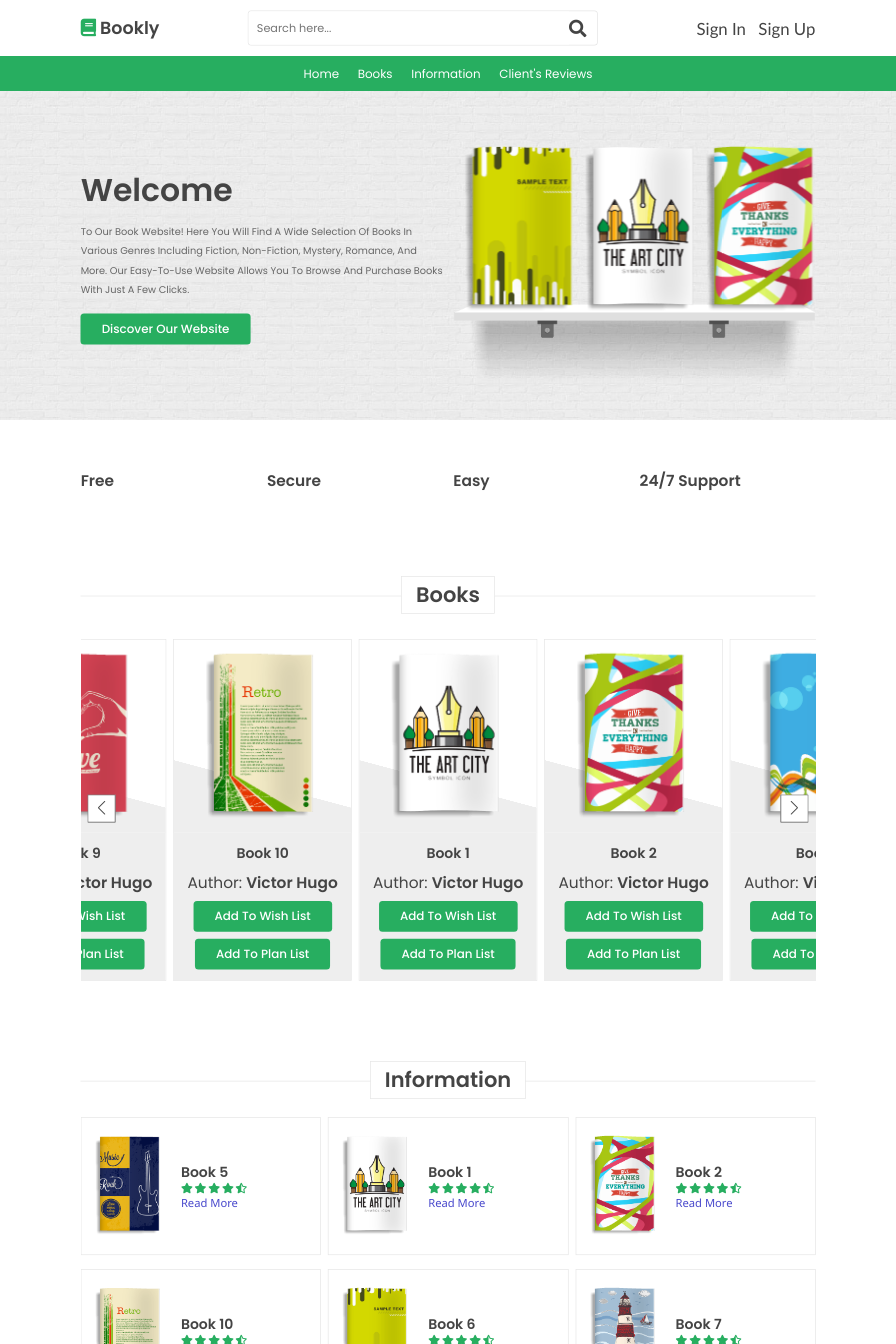
Repository: souhailaniba/Bookly
Page: public/assets/books webstie/index.html
These files come from the project's save history. The page is drawn as it stood at one moment and after the next save; the edit follows.
The browser window is 1280 px wide. The pictures show the part of the page from y = 0 to 1920 px (the page is 3055 px tall), at 70% of full size.

Above is the page before, as saved 2023-01-27 16:29:04.

### public/assets/books webstie/index.html
<!DOCTYPE html>
<html lang="en">
<head>
    <meta charset="UTF-8">
    <meta http-equiv="X-UA-Compatible" content="IE=edge">
    <meta name="viewport" content="width=device-width, initial-scale=1.0">
    <title>Book Website</title>

    <link rel="stylesheet" href="https://unpkg.com/swiper@7/swiper-bundle.min.css" />

    <!-- font awesome cdn link  -->
    <link rel="stylesheet" href="https://cdnjs.cloudflare.com/ajax/libs/font-awesome/5.15.4/css/all.min.css">

    <!-- custom css file link  -->
    <link rel="stylesheet" href="css/style.css">

</head>
<body>

<!-- header section starts  -->

<header class="header">

    <div class="header-1">

        <a href="#" class="logo"> <i class="fas fa-book"></i> Bookly </a>

        <form action="" class="search-form">
            <input type="search" name="" placeholder="Search here..." id="search-box">
            <label for="search-box" class="fas fa-search"></label>
        </form>

        <div class="icons">
            <div id="search-btn" class="fas fa-search"></div>
            <a href="./Login.html"  style="font-size:x-large;font-family: 'Gill Sans', 'Gill Sans MT', Calibri, 'Trebuchet MS', sans-serif;">Sign In</a>
            <a href="./Register.html" style="font-size: x-large;font-family: 'Gill Sans', 'Gill Sans MT', Calibri, 'Trebuchet MS', sans-serif;">Sign Up</a>
        </div>

    </div>

    <div class="header-2">
        <nav class="navbar">
            <a href="#home">Home</a>
            <a href="#featured">Books</a>
            <a href="#arrivals">Information</a>
            <a href="#reviews">Client's Reviews</a>
        </nav>
    </div>

</header>

<!-- header section ends -->

<!-- bottom navbar  -->

<nav class="bottom-navbar">
    <a href="#home" class="fas fa-home"></a>
    <a href="#featured" class="fas fa-list"></a>
    <a href="#arrivals" class="fas fa-tags"></a>
    <a href="#reviews" class="fas fa-comments"></a>
    <a href="#blogs" class="fas fa-blog"></a>
</nav>

<!-- home section starts  -->

<section class="home" id="home">

    <div class="row">

        <div class="content">
            <h3>Welcome</h3>
            <p>To our book website! Here you will find a wide selection of books in various genres including fiction, non-fiction, mystery, romance, and more. Our easy-to-use website allows you to browse and purchase books with just a few clicks.</p>
            <button class="btn">Discover Our Website</button>
        </div>

        <div class="swiper books-slider">
            <div class="swiper-wrapper">
                <a href="#" class="swiper-slide"><img src="image/book-1.png" alt=""></a>
                <a href="#" class="swiper-slide"><img src="image/book-2.png" alt=""></a>
                <a href="#" class="swiper-slide"><img src="image/book-3.png" alt=""></a>
                <a href="#" class="swiper-slide"><img src="image/book-4.png" alt=""></a>
                <a href="#" class="swiper-slide"><img src="image/book-5.png" alt=""></a>
                <a href="#" class="swiper-slide"><img src="image/book-6.png" alt=""></a>
            </div>
            <img src="image/stand.png" class="stand" alt="">
        </div>

    </div>

</section>

<!-- home section ense  -->

<!-- icons section starts  -->

<section class="icons-container">

    <div class="icons">
        <div class="content">
            <h3>Free</h3>
        </div>
    </div>

    <div class="icons">
        <div class="content">
            <h3>Secure</h3>
        </div>
    </div>

    <div class="icons">
        <div class="content">
            <h3>Easy</h3>
        </div>
    </div>

    <div class="icons">
        <div class="content">
            <h3>24/7 support</h3>
        </div>
    </div>

</section>

<!-- icons section ends -->

<!-- featured section starts  -->

<section class="featured" id="featured">

    <h1 class="heading"> <span>Books</span> </h1>

    <div class="swiper featured-slider">

        <div class="swiper-wrapper">

            <div class="swiper-slide box">
                <div class="image">
                    <img src="image/book-1.png" alt="">
                </div>
                <div class="content">
                    <h3>Book 1</h3>
                    <div class="price">Author: <b>Victor Hugo</b></div>
                    <a href="#" class="btn">Add to wish list</a>
                    <a href="#" class="btn">Add to plan list</a>
                </div>
            </div>

            <div class="swiper-slide box">
                <div class="image">
                    <img src="image/book-2.png" alt="">
                </div>
                <div class="content">
                    <h3>Book 2</h3>
                    <div class="price">Author: <b>Victor Hugo</b></div>
                    <a href="#" class="btn">Add to wish list</a>
                    <a href="#" class="btn">Add to plan list</a>
                </div>
            </div>

            <div class="swiper-slide box">
                <div class="image">
                    <img src="image/book-3.png" alt="">
                </div>
                <div class="content">
                    <h3>Book 3</h3>
                    <div class="price">Author: <b>Victor Hugo</b></div>
                    <a href="#" class="btn">Add to wish list</a>
                    <a href="#" class="btn">Add to plan list</a>
                </div>
            </div>

            <div class="swiper-slide box">
                <div class="image">
                    <img src="image/book-4.png" alt="">
                </div>
                <div class="content">
                    <h3>Book 4</h3>
                    <div class="price">Author: <b>Victor Hugo</b></div>
                    <a href="#" class="btn">Add to wish list</a>
                    <a href="#" class="btn">Add to plan list</a>
                </div>
            </div>

            <div class="swiper-slide box">
                <div class="image">
                    <img src="image/book-5.png" alt="">
                </div>
                <div class="content">
                    <h3>Book 5</h3>
                    <div class="price">Author: <b>Victor Hugo</b></div>
                    <a href="#" class="btn">Add to wish list</a>
                    <a href="#" class="btn">Add to plan list</a>
                </div>
            </div>

            <div class="swiper-slide box">
                <div class="image">
                    <img src="image/book-6.png" alt="">
                </div>
                <div class="content">
                    <h3>Book 6</h3>
                    <div class="price">Author: <b>Victor Hugo</b></div>
                    <a href="#" class="btn">Add to wish list</a>
                    <a href="#" class="btn">Add to plan list</a>
                </div>
            </div>

            <div class="swiper-slide box">
                <div class="image">
                    <img src="image/book-7.png" alt="">
                </div>
                <div class="content">
                    <h3>Book 7</h3>
                    <div class="price">Author: <b>Victor Hugo</b></div>
                    <a href="#" class="btn">Add to wish list</a>
                    <a href="#" class="btn">Add to plan list</a>
                </div>
            </div>

            <div class="swiper-slide box">
                <div class="image">
                    <img src="image/book-8.png" alt="">
                </div>
                <div class="content">
                    <h3>Book 8</h3>
                    <div class="price">Author: <b>Victor Hugo</b></div>
                    <a href="#" class="btn">Add to wish list</a>
                    <a href="#" class="btn">Add to plan list</a>
                </div>
            </div>

            <div class="swiper-slide box">
                <div class="image">
                    <img src="image/book-9.png" alt="">
                </div>
                <div class="content">
                    <h3>Book 9</h3>
                    <div class="price">Author: <b>Victor Hugo</b></div>
                    <a href="#" class="btn">Add to wish list</a>
                    <a href="#" class="btn">Add to plan list</a>
                </div>
            </div>

            <div class="swiper-slide box">
                <div class="image">
                    <img src="image/book-10.png" alt="">
                </div>
                <div class="content">
                    <h3>Book 10</h3>
                    <div class="price">Author: <b>Victor Hugo</b></div>
                    <a href="#" class="btn">Add to wish list</a>
                    <a href="#" class="btn">Add to plan list</a>
                </div>
            </div>

        </div>

        <div class="swiper-button-next"></div>
        <div class="swiper-button-prev"></div>

    </div>

</section>

<!-- featured section ends -->


<!-- arrivals section starts  -->

<section class="arrivals" id="arrivals">

    <h1 class="heading"> <span>Information</span> </h1>

    <div class="swiper arrivals-slider">

        <div class="swiper-wrapper">

            <a href="#" class="swiper-slide box">
                <div class="image">
                    <img src="image/book-1.png" alt="">
                </div>
                <div class="content">
                    <h3>Book 1</h3>
                    <div class="stars">
                        <i class="fas fa-star"></i>
                        <i class="fas fa-star"></i>
                        <i class="fas fa-star"></i>
                        <i class="fas fa-star"></i>
                        <i class="fas fa-star-half-alt"></i>
                    </div>
                    <div style="font-size: medium;font-family:'Segoe UI', Tahoma, Geneva, Verdana, sans-serif;color: rgb(72, 72, 204);">Read More</div>
                </div>
            </a>

            <a href="#" class="swiper-slide box">
                <div class="image">
                    <img src="image/book-2.png" alt="">
                </div>
                <div class="content">
                    <h3>Book 2</h3>
                    <div class="stars">
                        <i class="fas fa-star"></i>
                        <i class="fas fa-star"></i>
                        <i class="fas fa-star"></i>
                        <i class="fas fa-star"></i>
                        <i class="fas fa-star-half-alt"></i>
                    </div>
                    <div style="font-size: medium;font-family:'Segoe UI', Tahoma, Geneva, Verdana, sans-serif;color: rgb(72, 72, 204);">Read More</div>
                </div>
            </a>

            <a href="#" class="swiper-slide box">
                <div class="image">
                    <img src="image/book-3.png" alt="">
                </div>
                <div class="content">
                    <h3>Book 3</h3>
                    <div class="stars">
                        <i class="fas fa-star"></i>
                        <i class="fas fa-star"></i>
                        <i class="fas fa-star"></i>
                        <i class="fas fa-star"></i>
                        <i class="fas fa-star-half-alt"></i>
                    </div>
                    <div style="font-size: medium;font-family:'Segoe UI', Tahoma, Geneva, Verdana, sans-serif;color: rgb(72, 72, 204);">Read More</div>
                </div>
            </a>

            <a href="#" class="swiper-slide box">
                <div class="image">
                    <img src="image/book-4.png" alt="">
                </div>
                <div class="content">
                    <h3>Book 4</h3>
                    <div class="stars">
                        <i class="fas fa-star"></i>
                        <i class="fas fa-star"></i>
                        <i class="fas fa-star"></i>
                        <i class="fas fa-star"></i>
                        <i class="fas fa-star-half-alt"></i>
                    </div>
                    <div style="font-size: medium;font-family:'Segoe UI', Tahoma, Geneva, Verdana, sans-serif;color: rgb(72, 72, 204);">Read More</div>
                </div>
            </a>

            <a href="#" class="swiper-slide box">
                <div class="image">
                    <img src="image/book-5.png" alt="">
                </div>
                <div class="content">
                    <h3>Book 5</h3>
                    <div class="stars">
                        <i class="fas fa-star"></i>
                        <i class="fas fa-star"></i>
                        <i class="fas fa-star"></i>
                        <i class="fas fa-star"></i>
                        <i class="fas fa-star-half-alt"></i>
                    </div>
                    <div style="font-size: medium;font-family:'Segoe UI', Tahoma, Geneva, Verdana, sans-serif;color: rgb(72, 72, 204);">Read More</div>
                </div>
            </a>

        </div>

    </div>

    <div class="swiper arrivals-slider">

        <div class="swiper-wrapper">

            <a href="#" class="swiper-slide box">
                <div class="image">
                    <img src="image/book-6.png" alt="">
                </div>
                <div class="content">
                    <h3>Book 6</h3>
                    <div class="stars">
                        <i class="fas fa-star"></i>
                        <i class="fas fa-star"></i>
                        <i class="fas fa-star"></i>
                        <i class="fas fa-star"></i>
                        <i class="fas fa-star-half-alt"></i>
                    </div>
                    <div style="font-size: medium;font-family:'Segoe UI', Tahoma, Geneva, Verdana, sans-serif;color: rgb(72, 72, 204);">Read More</div>
                </div>
            </a>

            <a href="#" class="swiper-slide box">
                <div class="image">
                    <img src="image/book-7.png" alt="">
                </div>
                <div class="content">
                    <h3>Book 7</h3>
                    <div class="stars">
                        <i class="fas fa-star"></i>
                        <i class="fas fa-star"></i>
                        <i class="fas fa-star"></i>
                        <i class="fas fa-star"></i>
                        <i class="fas fa-star-half-alt"></i>
                    </div>
                    <div style="font-size: medium;font-family:'Segoe UI', Tahoma, Geneva, Verdana, sans-serif;color: rgb(72, 72, 204);">Read More</div>
                </div>
            </a>

            <a href="#" class="swiper-slide box">
                <div class="image">
                    <img src="image/book-8.png" alt="">
                </div>
                <div class="content">
                    <h3>Book 8</h3>
                    <div class="stars">
                        <i class="fas fa-star"></i>
                        <i class="fas fa-star"></i>
                        <i class="fas fa-star"></i>
                        <i class="fas fa-star"></i>
                        <i class="fas fa-star-half-alt"></i>
                    </div>
                    <div style="font-size: medium;font-family:'Segoe UI', Tahoma, Geneva, Verdana, sans-serif;color: rgb(72, 72, 204);">Read More</div>
                </div>
            </a>

            <a href="#" class="swiper-slide box">
                <div class="image">
                    <img src="image/book-9.png" alt="">
                </div>
                <div class="content">
                    <h3>Book 9</h3>
                    <div class="stars">
                        <i class="fas fa-star"></i>
                        <i class="fas fa-star"></i>
                        <i class="fas fa-star"></i>
                        <i class="fas fa-star"></i>
                        <i class="fas fa-star-half-alt"></i>
                    </div>
                    <div style="font-size: medium;font-family:'Segoe UI', Tahoma, Geneva, Verdana, sans-serif;color: rgb(72, 72, 204);">Read More</div>
                </div>
            </a>

            <a href="#" class="swiper-slide box">
                <div class="image">
                    <img src="image/book-10.png" alt="">
                </div>
                <div class="content">
                    <h3>Book 10</h3>
                    <div class="stars">
                        <i class="fas fa-star"></i>
                        <i class="fas fa-star"></i>
                        <i class="fas fa-star"></i>
                        <i class="fas fa-star"></i>
                        <i class="fas fa-star-half-alt"></i>
                    </div>
                    <div style="font-size: medium;font-family:'Segoe UI', Tahoma, Geneva, Verdana, sans-serif;color: rgb(72, 72, 204);">Read More</div>
                </div>
            </a>

        </div>

    </div>

</section>

<!-- arrivals section ends -->


<!-- reviews section starts  -->

<section class="reviews" id="reviews">

    <h1 class="heading"> <span>Client's reviews</span> </h1>

    <div class="swiper reviews-slider">

        <div class="swiper-wrapper">

            <div class="swiper-slide box">
                <img src="image/pic-1.png" alt="">
                <h3>john deo</h3>
                <p>Lorem ipsum dolor, sit amet consectetur adipisicing elit. Aspernatur nihil ipsa placeat. Aperiam at sint, eos ex similique facere hic.</p>
                <div class="stars">
                    <i class="fas fa-star"></i>
                    <i class="fas fa-star"></i>
                    <i class="fas fa-star"></i>
                    <i class="fas fa-star"></i>
                    <i class="fas fa-star-half-alt"></i>
                </div>
            </div>

            <div class="swiper-slide box">
                <img src="image/pic-2.png" alt="">
                <h3>john deo</h3>
                <p>Lorem ipsum dolor, sit amet consectetur adipisicing elit. Aspernatur nihil ipsa placeat. Aperiam at sint, eos ex similique facere hic.</p>
                <div class="stars">
                    <i class="fas fa-star"></i>
                    <i class="fas fa-star"></i>
                    <i class="fas fa-star"></i>
                    <i class="fas fa-star"></i>
                    <i class="fas fa-star-half-alt"></i>
                </div>
            </div>

            <div class="swiper-slide box">
                <img src="image/pic-3.png" alt="">
                <h3>john deo</h3>
                <p>Lorem ipsum dolor, sit amet consectetur adipisicing elit. Aspernatur nihil ipsa placeat. Aperiam at sint, eos ex similique facere hic.</p>
                <div class="stars">
                    <i class="fas fa-star"></i>
                    <i class="fas fa-star"></i>
                    <i class="fas fa-star"></i>
                    <i class="fas fa-star"></i>
                    <i class="fas fa-star-half-alt"></i>
                </div>
            </div>
            <div class="swiper-slide box">
                <img src="image/pic-4.png" alt="">
                <h3>john deo</h3>
                <p>Lorem ipsum dolor, sit amet consectetur adipisicing elit. Aspernatur nihil ipsa placeat. Aperiam at sint, eos ex similique facere hic.</p>
                <div class="stars">
                    <i class="fas fa-star"></i>
                    <i class="fas fa-star"></i>
                    <i class="fas fa-star"></i>
                    <i class="fas fa-star"></i>
                    <i class="fas fa-star-half-alt"></i>
                </div>
            </div>

            <div class="swiper-slide box">
                <img src="image/pic-5.png" alt="">
                <h3>john deo</h3>
                <p>Lorem ipsum dolor, sit amet consectetur adipisicing elit. Aspernatur nihil ipsa placeat. Aperiam at sint, eos ex similique facere hic.</p>
                <div class="stars">
                    <i class="fas fa-star"></i>
                    <i class="fas fa-star"></i>
                    <i class="fas fa-star"></i>
                    <i class="fas fa-star"></i>
                    <i class="fas fa-star-half-alt"></i>
                </div>
            </div>

            <div class="swiper-slide box">
                <img src="image/pic-6.png" alt="">
                <h3>john deo</h3>
                <p>Lorem ipsum dolor, sit amet consectetur adipisicing elit. Aspernatur nihil ipsa placeat. Aperiam at sint, eos ex similique facere hic.</p>
                <div class="stars">
                    <i class="fas fa-star"></i>
                    <i class="fas fa-star"></i>
                    <i class="fas fa-star"></i>
                    <i class="fas fa-star"></i>
                    <i class="fas fa-star-half-alt"></i>
                </div>
            </div>

        </div>

    </div>

</section>

<!-- reviews section ends -->


<!-- footer section starts  -->

<section class="footer">

    <div class="box-container">

        <div class="box">
            <h3>our locations</h3>
            <a href="#"> <i class="fas fa-map-marker-alt"></i> Casablanca Sidi Othman </a>
        </div>

        <div class="box">
            <h3>quick links</h3>
            <a href="#"> <i class="fas fa-arrow-right"></i> home </a>
            <a href="#"> <i class="fas fa-arrow-right"></i> books </a>
            <a href="#"> <i class="fas fa-arrow-right"></i> client'reviews </a>
            <a href="#"> <i class="fas fa-arrow-right"></i> information </a>
        </div>

        <div class="box">
            <h3>contact info</h3>
            <a href="#"> <i class="fas fa-phone"></i> 060000000 </a>
            <a href="#"> <i class="fas fa-envelope"></i> EnsamCasa@gmail.com </a>
        </div>

    </div>

    <div class="share">
        <a href="#" class="fab fa-facebook-f"></a>
        <a href="#" class="fab fa-twitter"></a>
        <a href="#" class="fab fa-instagram"></a>
        <a href="#" class="fab fa-linkedin"></a>
    </div>

    <div class="credit"> Created by <span>SAKINI Oussama | ANIBA Souhail | BELHIAK Salah-Eddine</span></div>

</section>

<!-- footer section ends -->

<!-- loader  -->

<div class="loader-container">
    <img src="image/loader-img.gif" alt="">
</div>
















<script src="https://unpkg.com/swiper@7/swiper-bundle.min.js"></script>

<!-- custom js file link  -->
<script src="js/script.js"></script>

</body>
</html>

Loaded but not shown: public/assets/books webstie/js/script.js (151 lines, source omitted); public/assets/books webstie/css/style.css (820 lines, source omitted)

After the next save:
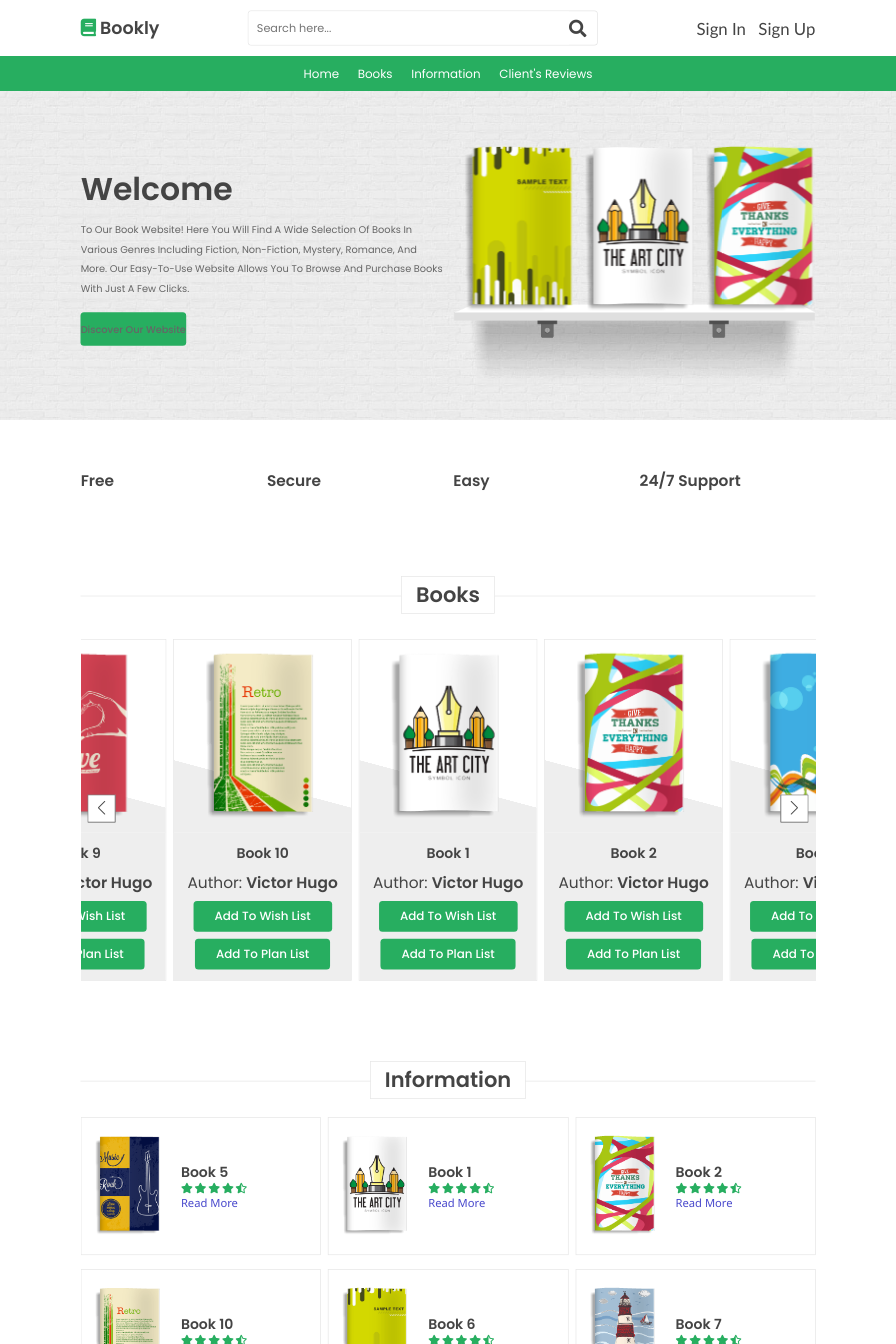
Saved 21 s later.
--- a/public/assets/books webstie/index.html
+++ b/public/assets/books webstie/index.html
@@ -70,7 +70,7 @@
         <div class="content">
             <h3>Welcome</h3>
             <p>To our book website! Here you will find a wide selection of books in various genres including fiction, non-fiction, mystery, romance, and more. Our easy-to-use website allows you to browse and purchase books with just a few clicks.</p>
-            <button class="btn">Discover Our Website</button>
+            <p class="btn">Discover Our Website</p>
         </div>
 
         <div class="swiper books-slider">
